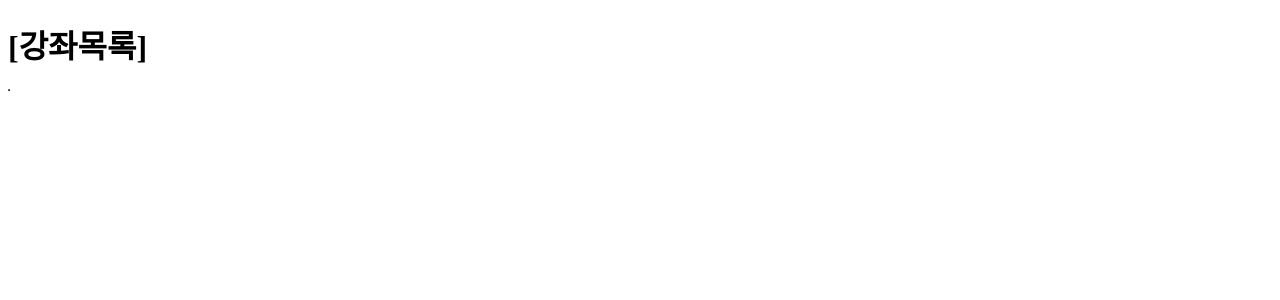
Repository: whwlsghkstm/html
Page: http://localhost/Ex0504/list.jsp
The author's editor kept a copy of each file at every save. The page is drawn from the files as they stood at one save, then again after the next save.
The browser window is 1280 px wide. The pictures show the whole page.
Some web libraries are served in a nearby version. The page is served by Tomcat 9. Queries for data that is not in the repository find no rows.

Above is the page before, as saved 2020-05-04 05:17:44.

After the next save:
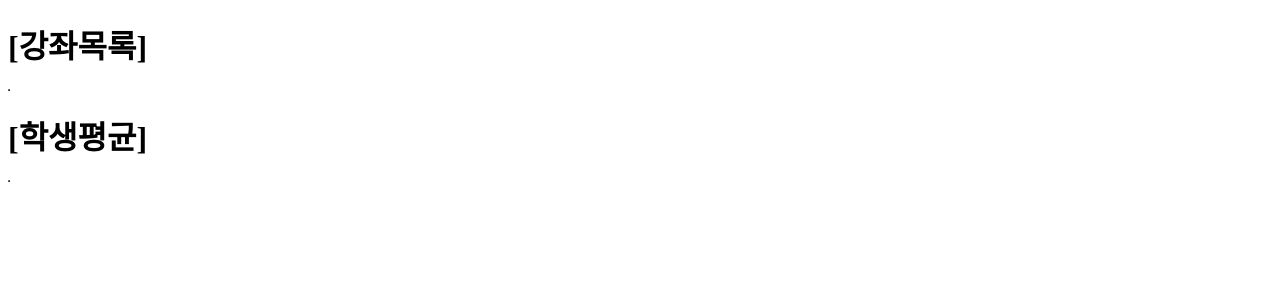
Saved 117 s later.
--- a/Ex0504/WebContent/list.jsp
+++ b/Ex0504/WebContent/list.jsp
@@ -27,6 +27,28 @@
 				<td class="lcode">{{lcode}}</td>
 				<td class="lname">{{lname}}</td>
 				<td class="pname">{{pname}}</td>
+				<td class="avg">{{avg}}</td>
+			</tr>
+		{{/each}}
+	</script>
+
+	<h1>[학생평균]</h1>
+	<table id="tab1" border=1></table>
+	<script id="temp1" type="text/x-handlebars-template">
+			<tr class="title2">
+				<td><input type="checkbox" id="checkAll"></td>
+				<td>학생번호</td>
+				<td>학생이름</td>
+				<td>소속학과</td>
+				<td>평균점수</td>
+			</tr>
+
+		{{#each clist}}
+			<tr class="row2">
+				<td><input type="checkbox" class="check"></td>
+				<td class="scode">{{scode}}</td>
+				<td class="sname">{{sname}}</td>
+				<td class="dept">{{dept}}</td>
 				<td class="avg">{{avg}}</td>
 			</tr>
 		{{/each}}
